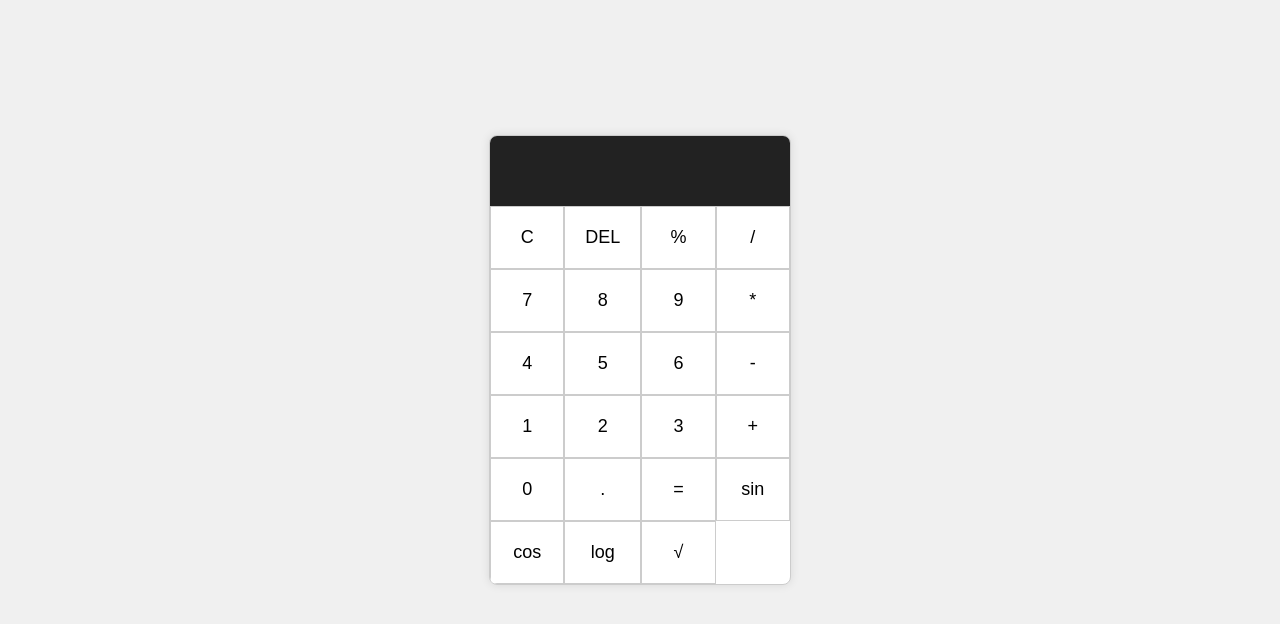
Repository: JuliusMonday/myCalculator
Page: index.html
The author's editor kept a copy of each file at every save. The page is drawn from the files as they stood at one save, then again after the next save.
The browser window is 1280 px wide. The pictures show the whole page.

Above is the page before, as saved 2024-05-30 18:30:18.
Console error: SyntaxError: Unexpected token '<'

### index.html
<!DOCTYPE html>
<html lang="en">
<head>
    <meta charset="UTF-8">
    <meta name="viewport" content="width=device-width, initial-scale=1.0">
    <title>JuliusCalc - Scientific Calculator</title>
    <link rel="stylesheet" href="css/styles.css">
</head>
<body>
    <div class="calculator">
        <div class="display">
            <input type="text" id="result" disabled>
        </div>
        <div class="buttons">
            <button onclick="clearDisplay()">C</button>
            <button onclick="deleteChar()">DEL</button>
            <button onclick="appendChar('%')">%</button>
            <button onclick="appendChar('/')">/</button>

            <button onclick="appendChar('7')">7</button>
            <button onclick="appendChar('8')">8</button>
            <button onclick="appendChar('9')">9</button>
            <button onclick="appendChar('*')">*</button>

            <button onclick="appendChar('4')">4</button>
            <button onclick="appendChar('5')">5</button>
            <button onclick="appendChar('6')">6</button>
            <button onclick="appendChar('-')">-</button>

            <button onclick="appendChar('1')">1</button>
            <button onclick="appendChar('2')">2</button>
            <button onclick="appendChar('3')">3</button>
            <button onclick="appendChar('+')">+</button>

            <button onclick="appendChar('0')">0</button>
            <button onclick="appendChar('.')">.</button>
            <button onclick="calculate()">=</button>

            <button onclick="appendChar('Math.sin(')">sin</button>
            <button onclick="appendChar('Math.cos(')">cos</button>
            <button onclick="appendChar('Math.log(')">log</button>
            <button onclick="appendChar('Math.sqrt(')">√</button>
        </div>
    </div>
    <script src="index.html"></script>
</body>
</html>

### styles.css
/* styles.css */

body {
    display: flex;
    justify-content: center;
    align-items: center;
    height: 100vh;
    background-color: #f0f0f0;
    font-family: 'Arial', sans-serif;
    margin: 0;
}

.calculator {
    width: 300px;
    border: 1px solid #ccc;
    border-radius: 8px;
    overflow: hidden;
    box-shadow: 0 0 10px rgba(0, 0, 0, 0.1);
    background-color: #ffffff;
}

.display {
    background-color: #222;
    color: #fff;
    text-align: right;
    padding: 20px;
    font-size: 24px;
}

.display input {
    width: 100%;
    border: none;
    background: none;
    color: #fff;
    text-align: right;
    font-size: 24px;
}

.buttons {
    display: grid;
    grid-template-columns: repeat(4, 1fr);
}

button {
    padding: 20px;
    font-size: 18px;
    border: 1px solid #ccc;
    background-color: #fff;
    cursor: pointer;
    transition: background-color 0.2s;
}

button:hover {
    background-color: #f0f0f0;
}

button:active {
    background-color: #ddd;
}

/* Responsive Design */
@media (max-width: 600px) {
    .calculator {
        width: 100%;
        height: 100%;
        border-radius: 0;
    }
    .display {
        padding: 10px;
        font-size: 20px;
    }
    button {
        padding: 15px;
        font-size: 16px;
    }
}

After the next save:
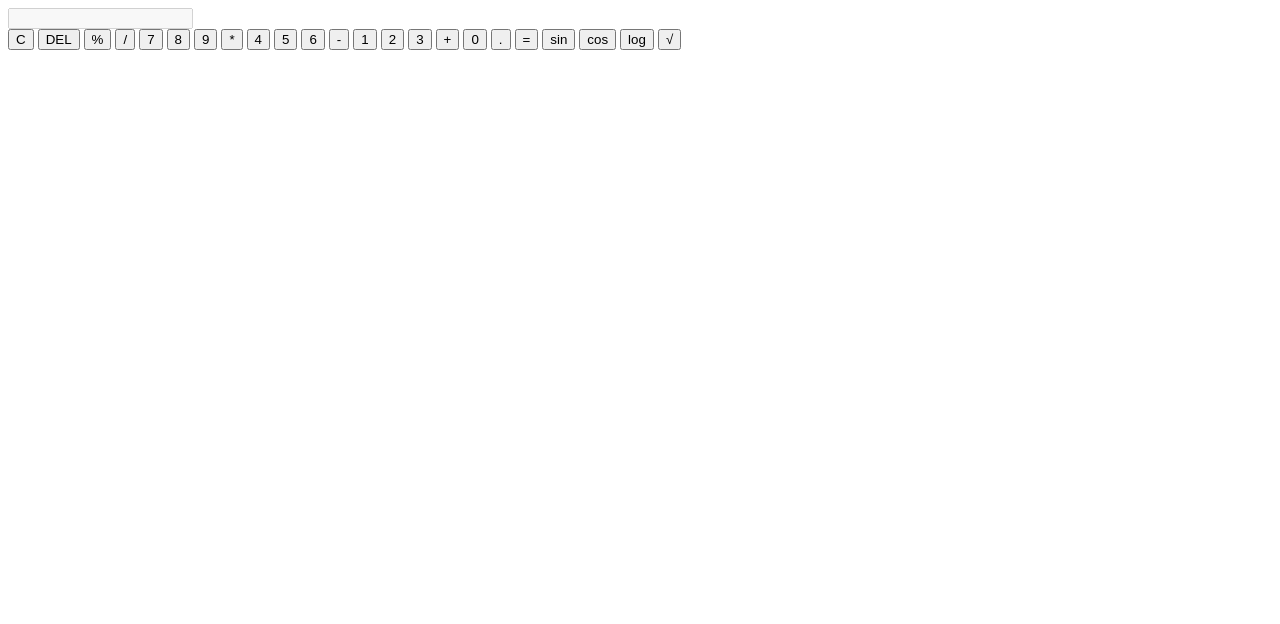
Not found: cssstyles.css
Saved 23 s later.
--- a/index.html
+++ b/index.html
@@ -4,7 +4,7 @@
     <meta charset="UTF-8">
     <meta name="viewport" content="width=device-width, initial-scale=1.0">
     <title>JuliusCalc - Scientific Calculator</title>
-    <link rel="stylesheet" href="css/styles.css">
+    <link rel="stylesheet" href="cssstyles.css">
 </head>
 <body>
     <div class="calculator">

After the save that followed:
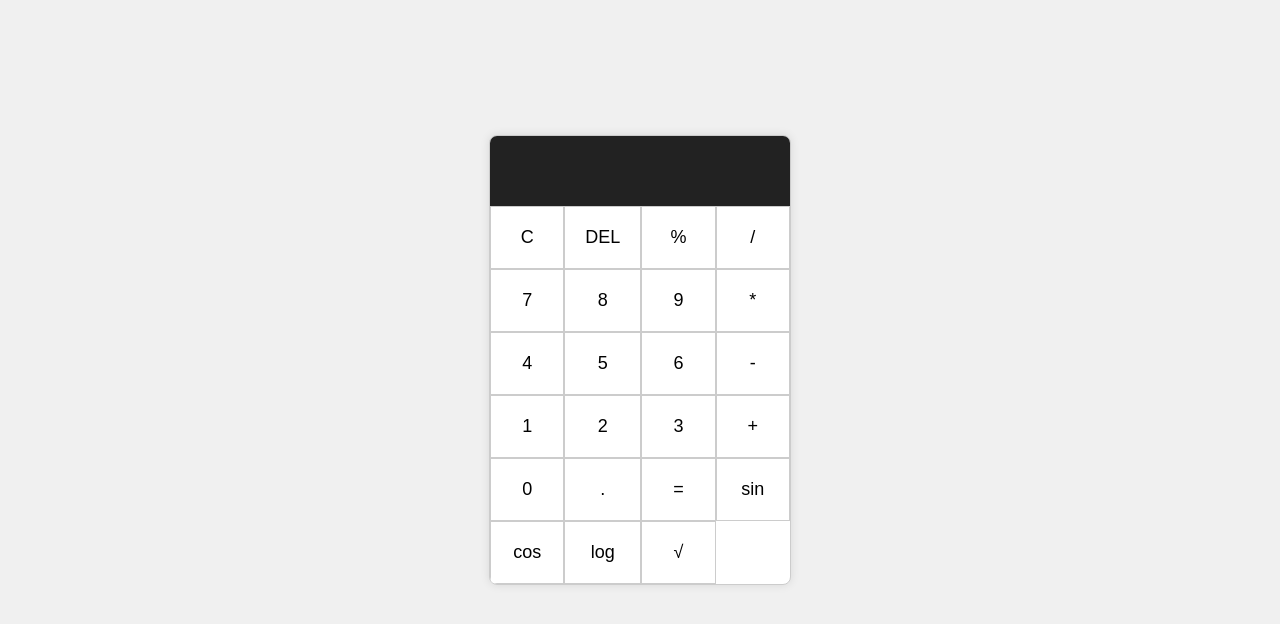
Saved 6 s later.
--- a/index.html
+++ b/index.html
@@ -4,7 +4,7 @@
     <meta charset="UTF-8">
     <meta name="viewport" content="width=device-width, initial-scale=1.0">
     <title>JuliusCalc - Scientific Calculator</title>
-    <link rel="stylesheet" href="cssstyles.css">
+    <link rel="stylesheet" href="styles.css">
 </head>
 <body>
     <div class="calculator">
